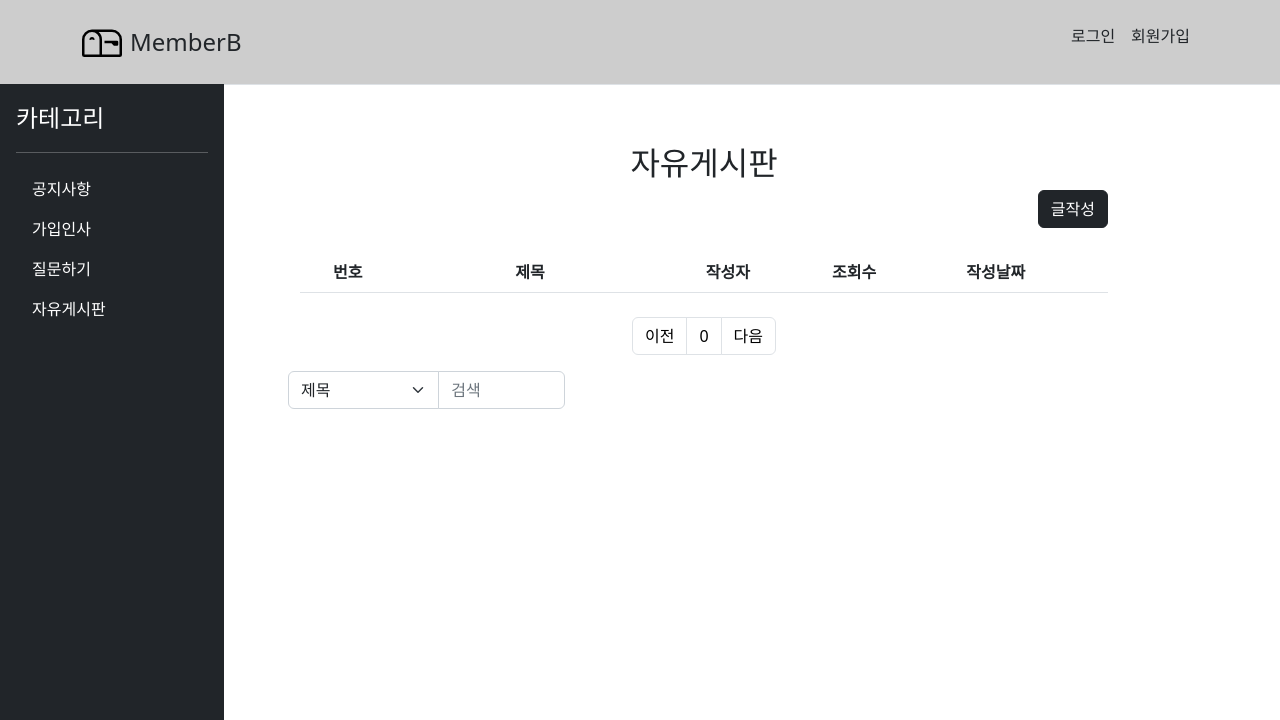
Repository: charmErin/board_220915
Page: http://localhost/board/WEB-INF/views/board/list.jsp
These files come from the project's save history. The page is drawn as it stood at one moment and after the next save; the edit follows.
The browser window is 1280 px wide. The pictures show the whole page.
The page is served by Tomcat 9. Nobody is signed in. Other server files are loaded and not shown. The template is opened directly, without the code that normally fills it, so the values that code supplies are empty.

Above is the page before, as saved 2022-09-19 00:50:31.

### board/src/main/webapp/WEB-INF/views/board/list.jsp
<%@ page language="java" contentType="text/html; charset=UTF-8"
    pageEncoding="UTF-8"%>
<%@ taglib uri="http://java.sun.com/jsp/jstl/core" prefix="c" %>
<%@ taglib prefix="fmt" uri="http://java.sun.com/jsp/jstl/fmt" %>
<!DOCTYPE html>
<html>
<head>
<meta charset="UTF-8">
<title>Insert title here</title>
<style>
	.body-content {
		margin-top: 9rem;
		margin-left: 15rem;
		padding-left: 3rem;
		padding-right: 10rem;
	}

	h2 {
		text-align: center;
	}

	a {
		text-decoration: none !important;
		color: #000 !important;
	}

	td a:hover {
		color: dodgerblue !important;
		cursor: pointer;
	}

	th {
		text-align: center !important;
	}

	td:not(:nth-child(2)) {
		text-align: center !important;
	}
</style>
</head>
<body>
	<%@include file ="../layout/header.jsp" %>
	<div class="body-content">
	<div class="container my-4">
		<c:choose>
			<c:when test="${category eq 1}">
				<h2>공지사항</h2>
			</c:when>
			<c:when test="${category eq 2}">
				<h2>가입인사</h2>
			</c:when>
			<c:when test="${category eq 3}">
				<h2>질문하기</h2>
			</c:when>
			<c:otherwise>
				<h2>자유게시판</h2>
			</c:otherwise>
		</c:choose>


		<div class="d-grid gap-2 d-md-flex justify-content-md-end mb-4">
			<button onclick="boardSave()" class="btn btn-dark">글작성</button>
		</div>


		<table class="table table-hover">
			<tr>
				<th scope="row">번호</th>
				<th scope="row" class="col-4">제목</th>
				<th scope="row">작성자</th>
				<th scope="row">조회수</th>
				<th scope="row">작성날짜</th>
				<th></th>
			</tr>
			<c:forEach var="board" items="${boardList}">
				<tr>
					<td>${board.id}</td>
					<td>
						<a href="/board/detail/${board.id}?page=${pageDTO.page}">${board.boardTitle}</a>
						<c:if test="${board.boardFileName ne null}"><img src="#" alt=""/></c:if>
					</td>
					<td>${board.boardWriter}</td>
					<td>${board.boardHits}</td>
					<td><fmt:formatDate pattern="yyyy-MM-dd" value="${board.createdTime}"></fmt:formatDate></td>
					<td></td>
				</tr>
			</c:forEach>
		</table>
	</div>


	<div class="container">
        <ul class="pagination justify-content-center">
            <c:choose>
                <c:when test="${pageDTO.page<=1}">
                    <li class="page-item disabled">
                        <a class="page-link">이전</a>
                    </li>
                </c:when>
                <c:otherwise>
                    <li class="page-item">
                        <a class="page-link" href="/board/${categoryId}?page=${pageDTO.page-1}">이전</a>
                    </li>
                </c:otherwise>
            </c:choose>
            <c:forEach begin="${pageDTO.startPage}" end="${pageDTO.endPage}" var="i" step="1">
                <c:choose>
                    <c:when test="${i eq pageDTO.page}">
                        <li class="page-item active">
                            <a class="page-link">${i}</a>
                        </li>
                    </c:when>
                    <c:otherwise>
                        <li class="page-item">
                            <a class="page-link" href="/board/${categoryId}?page=${i}">${i}</a>
                        </li>
                    </c:otherwise>
                </c:choose>
            </c:forEach>
            <c:choose>
                <c:when test="${pageDTO.page>=pageDTO.maxPage}">
                    <li class="page-item disabled">
                        <a class="page-link">다음</a>
                    </li>
                </c:when>
                <c:otherwise>
                    <li class="page-item">
                        <a class="page-link" href="/board/${categoryId}?page=${pageDTO.page+1}">다음</a>
                    </li>
                </c:otherwise>
            </c:choose>
        </ul>
    </div>


    <div>
    	<form class="col-4" action="/board/search" method="get">
			<div class="input-group">
				<select class="form-select col-1" name="searchType">
					<option value="boardTitle">제목</option>
					<option value="boardWriter">작성자</option>
					<option value="boardContetns">내용</option>
				</select>
				<input class="form-control col-2" type="text" name="q" placeholder="검색" aria-label="Search">
			</div>
		</form>
    </div>

</body>
<script>
	const boardSave = () => {
		location.href = "/board/save-form";
	}
</script>
</html>

### board/src/main/webapp/WEB-INF/views/layout/header.jsp
<%@ page language="java" contentType="text/html; charset=UTF-8"
    pageEncoding="UTF-8"%>
<%@ taglib uri="http://java.sun.com/jsp/jstl/core" prefix="c" %>
<%@ taglib prefix="fmt" uri="http://java.sun.com/jsp/jstl/fmt" %>
<!DOCTYPE html>
<html>
<head>
<meta charset="UTF-8">
<link href="https://cdn.jsdelivr.net/npm/bootstrap@5.2.1/dist/css/bootstrap.min.css" rel="stylesheet" integrity="sha384-iYQeCzEYFbKjA/T2uDLTpkwGzCiq6soy8tYaI1GyVh/UjpbCx/TYkiZhlZB6+fzT" crossorigin="anonymous">
<title>Insert title here</title>
<style>
	header {
		background: #CDCDCD;
	}

	.side-bar {
		width: 14rem;
		height: 100%;
		margin-top: 1rem;
		position: fixed;
		display: inline !important;
	}
</style>
</head>
<body>
	<header class="py-3 border-bottom header-fix fixed-top">
		<div class="container d-flex flex-wrap justify-content-center">
			<a href="/" class="d-flex align-items-center mb-3 mb-lg-0 me-lg-auto text-dark text-decoration-none">
				<img src="../../../resources/svg/mailbox.svg" width="40" height="40">
				<span class="fs-4 m-2">
					MemberB
				</span>
			</a>

			<div>
				<c:choose>
					<c:when test="${sessionScope.id == null}">
						<ul class="nav">
							<li class="nav-item">
								<a href="/member/login-form" class="nav-link link-dark px-2">로그인</a>
							</li>
							<li class="nav-item">
								<a href="/member/save-form" class="nav-link link-dark px-2">회원가입</a>
							</li>
						</ul>
					</c:when>
					<c:otherwise>
						<ul class="nav">
							<li class="nav-item">
								<a href="/member/detail/${sessionScope.id}" class="nav-link link-dark px-2">${sessionScope.memberName}</a>
							</li>
							<c:if test="${sessionScope.loginId eq 'admin'}">
								<li class="nav-item">
									<a href="/member/findAll" class="nav-link link-dark px-2">회원목록</a>
								</li>
							</c:if>
							<li class="nav-item">
								<a href="/member/logout" class="nav-link link-dark px-2">로그아웃</a>
							</li>
						</ul>
					</c:otherwise>
				</c:choose>
			</div>
		</div>
		<div class="d-flex flex-column flex-shrink-0 p-3 text-bg-dark side-bar">
			<span class="fs-4">카테고리</span>
			<hr>
			<ul class="nav nav-pills flex-column mb-auto">
				<li class="nav-item">
					<a href="/board/1" class="nav-link text-white">공지사항</a>
				</li>
				<li>
					<a href="/board/2" class="nav-link text-white">가입인사</a>
				</li>
				<li>
					<a href="/board/3" class="nav-link text-white">질문하기</a>
				</li>
				<li>
					<a href="/board/4" class="nav-link text-white">자유게시판</a>
				</li>
			</ul>
		</div>
	</header>
</body>
</html>

### board/src/main/webapp/resources/svg/mailbox.svg
<svg xmlns="http://www.w3.org/2000/svg" width="16" height="16" fill="currentColor" class="bi bi-mailbox" viewBox="0 0 16 16">
  <path d="M4 4a3 3 0 0 0-3 3v6h6V7a3 3 0 0 0-3-3zm0-1h8a4 4 0 0 1 4 4v6a1 1 0 0 1-1 1H1a1 1 0 0 1-1-1V7a4 4 0 0 1 4-4zm2.646 1A3.99 3.99 0 0 1 8 7v6h7V7a3 3 0 0 0-3-3H6.646z"/>
  <path d="M11.793 8.5H9v-1h5a.5.5 0 0 1 .5.5v1a.5.5 0 0 1-.5.5h-1a.5.5 0 0 1-.354-.146l-.853-.854zM5 7c0 .552-.448 0-1 0s-1 .552-1 0a1 1 0 0 1 2 0z"/>
</svg>

After the next save:
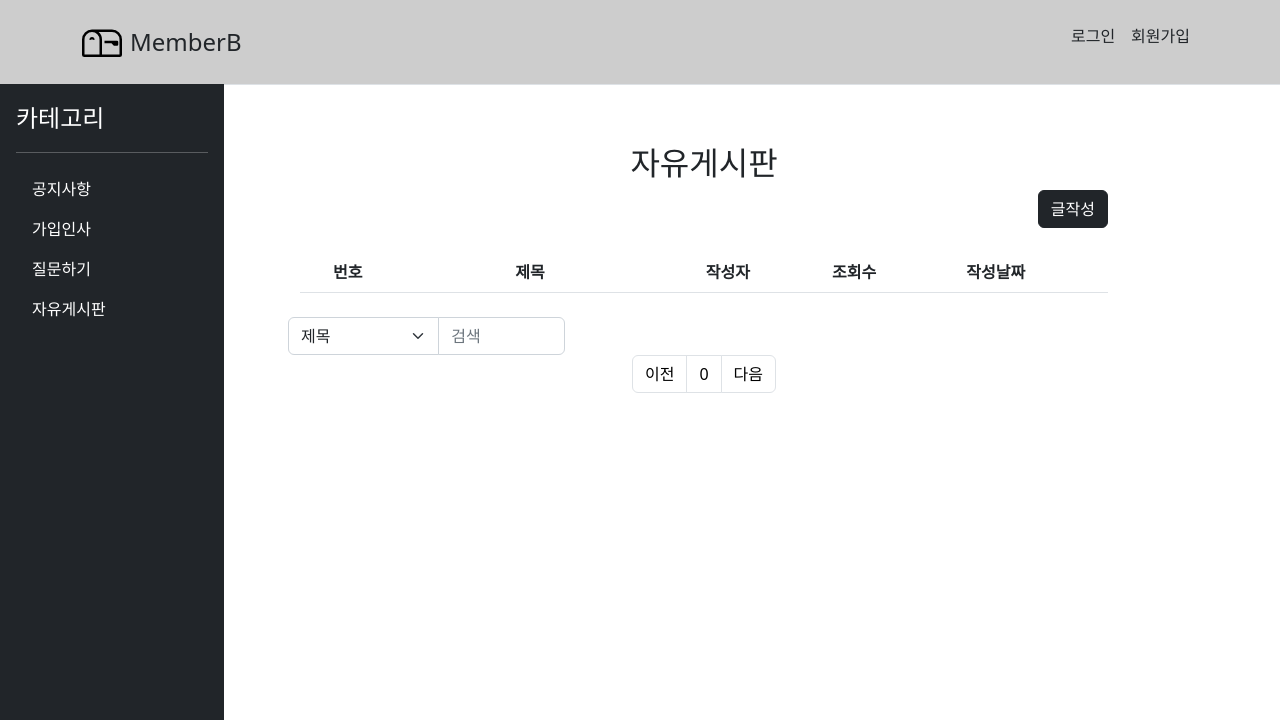
Saved 18 s later.
--- a/board/src/main/webapp/WEB-INF/views/board/list.jsp
+++ b/board/src/main/webapp/WEB-INF/views/board/list.jsp
@@ -89,6 +89,20 @@
 	</div>
 
 
+	<div>
+    	<form class="col-4" action="/board/search" method="get">
+			<div class="input-group">
+				<select class="form-select col-1" name="searchType">
+					<option value="boardTitle">제목</option>
+					<option value="boardWriter">작성자</option>
+					<option value="boardContetns">내용</option>
+				</select>
+				<input class="form-control col-2" type="text" name="q" placeholder="검색" aria-label="Search">
+			</div>
+		</form>
+    </div>
+
+
 	<div class="container">
         <ul class="pagination justify-content-center">
             <c:choose>
@@ -132,20 +146,6 @@
         </ul>
     </div>
 
-
-    <div>
-    	<form class="col-4" action="/board/search" method="get">
-			<div class="input-group">
-				<select class="form-select col-1" name="searchType">
-					<option value="boardTitle">제목</option>
-					<option value="boardWriter">작성자</option>
-					<option value="boardContetns">내용</option>
-				</select>
-				<input class="form-control col-2" type="text" name="q" placeholder="검색" aria-label="Search">
-			</div>
-		</form>
-    </div>
-
 </body>
 <script>
 	const boardSave = () => {
